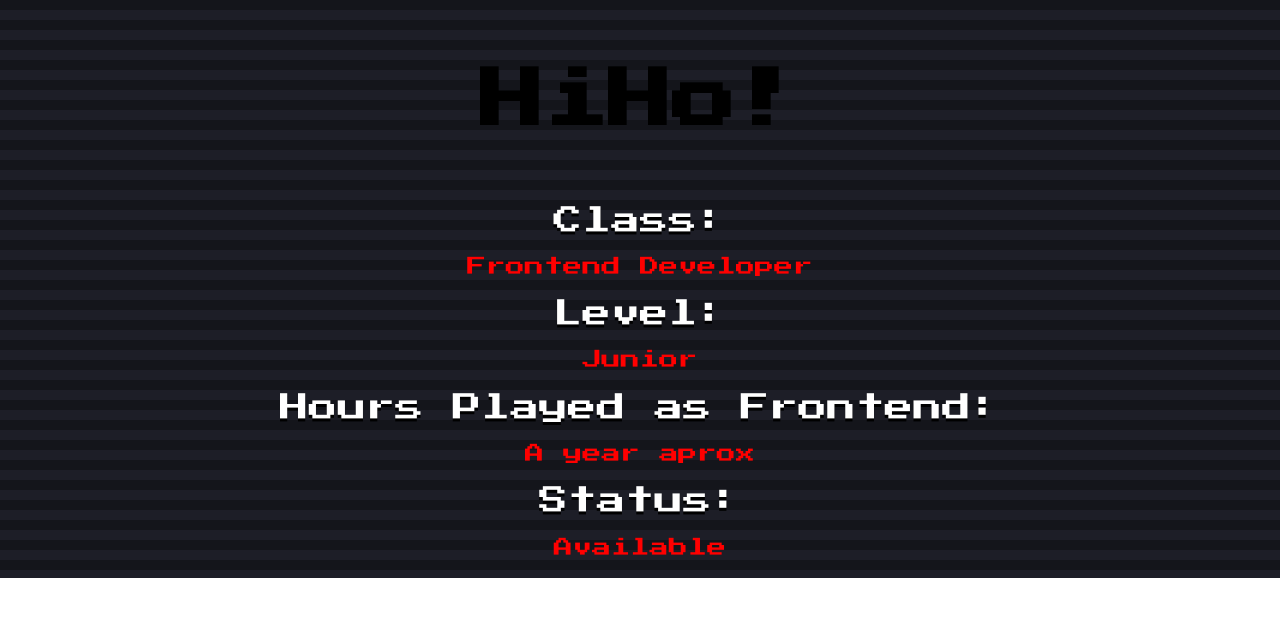
Repository: sernalab/soon
Page: index.html
An editor plug-in stored every save of this project. The page is shown before and after the next save, followed by the edit.
The browser window is 1280 px wide. The pictures show the whole page.
Some web fonts or font styles are not loaded; a fallback is used.

Above is the page before, as saved 2018-12-27 00:27:40.

### index.html
<!DOCTYPE html>
<html lang="en">

<head>
    <meta charset="UTF-8">
    <meta name="viewport" content="width=device-width, initial-scale=1.0">
    <meta http-equiv="X-UA-Compatible" content="ie=edge">
    <title>Lulz</title>
    <link rel="stylesheet" href="css/styles.css">
    <link href="https://fonts.googleapis.com/css?family=Aldrich" rel="stylesheet">
    <link href="https://fonts.googleapis.com/css?family=Press+Start+2P" rel="stylesheet">

</head>

<body>
    <main>
        <h1>HiHo!</h1>
        <span>Class:</span>
        <p> Frontend Developer</p>
        <span>Level:</span>
        <p>Junior</p>
        <span>Hours Played as Frontend:</span>
        <p>A year aprox</p>
        <span>Status:</span>
        <p>Available</p>
        <!-- 14151b 1d1e27-->
    </main>
</body>

<script>
    // google analitycs
</script>

</html>

### css/styles.css
/*! normalize.css v8.0.1 | MIT License | github.com/necolas/normalize.css */


/* Document
   ========================================================================== */


/**
 * 1. Correct the line height in all browsers.
 * 2. Prevent adjustments of font size after orientation changes in iOS.
 */

html {
    line-height: 1.15;
    /* 1 */
    -webkit-text-size-adjust: 100%;
    /* 2 */
}


/* Sections
   ========================================================================== */


/**
 * Remove the margin in all browsers.
 */

body {
    margin: 0;
}


/**
 * Render the `main` element consistently in IE.
 */

main {
    display: block;
}


/**
 * Correct the font size and margin on `h1` elements within `section` and
 * `article` contexts in Chrome, Firefox, and Safari.
 */

h1 {
    font-size: 2em;
    margin: 0.67em 0;
}


/* Grouping content
   ========================================================================== */


/**
 * 1. Add the correct box sizing in Firefox.
 * 2. Show the overflow in Edge and IE.
 */

hr {
    box-sizing: content-box;
    /* 1 */
    height: 0;
    /* 1 */
    overflow: visible;
    /* 2 */
}


/**
 * 1. Correct the inheritance and scaling of font size in all browsers.
 * 2. Correct the odd `em` font sizing in all browsers.
 */

pre {
    font-family: monospace, monospace;
    /* 1 */
    font-size: 1em;
    /* 2 */
}


/* Text-level semantics
   ========================================================================== */


/**
 * Remove the gray background on active links in IE 10.
 */

a {
    background-color: transparent;
}


/**
 * 1. Remove the bottom border in Chrome 57-
 * 2. Add the correct text decoration in Chrome, Edge, IE, Opera, and Safari.
 */

abbr[title] {
    border-bottom: none;
    /* 1 */
    text-decoration: underline;
    /* 2 */
    text-decoration: underline dotted;
    /* 2 */
}


/**
 * Add the correct font weight in Chrome, Edge, and Safari.
 */

b,
strong {
    font-weight: bolder;
}


/**
 * 1. Correct the inheritance and scaling of font size in all browsers.
 * 2. Correct the odd `em` font sizing in all browsers.
 */

code,
kbd,
samp {
    font-family: monospace, monospace;
    /* 1 */
    font-size: 1em;
    /* 2 */
}


/**
 * Add the correct font size in all browsers.
 */

small {
    font-size: 80%;
}


/**
 * Prevent `sub` and `sup` elements from affecting the line height in
 * all browsers.
 */

sub,
sup {
    font-size: 75%;
    line-height: 0;
    position: relative;
    vertical-align: baseline;
}

sub {
    bottom: -0.25em;
}

sup {
    top: -0.5em;
}


/* Embedded content
   ========================================================================== */


/**
 * Remove the border on images inside links in IE 10.
 */

img {
    border-style: none;
}


/* Forms
   ========================================================================== */


/**
 * 1. Change the font styles in all browsers.
 * 2. Remove the margin in Firefox and Safari.
 */

button,
input,
optgroup,
select,
textarea {
    font-family: inherit;
    /* 1 */
    font-size: 100%;
    /* 1 */
    line-height: 1.15;
    /* 1 */
    margin: 0;
    /* 2 */
}


/**
 * Show the overflow in IE.
 * 1. Show the overflow in Edge.
 */

button,
input {
    /* 1 */
    overflow: visible;
}


/**
 * Remove the inheritance of text transform in Edge, Firefox, and IE.
 * 1. Remove the inheritance of text transform in Firefox.
 */

button,
select {
    /* 1 */
    text-transform: none;
}


/**
 * Correct the inability to style clickable types in iOS and Safari.
 */

button,
[type="button"],
[type="reset"],
[type="submit"] {
    -webkit-appearance: button;
}


/**
 * Remove the inner border and padding in Firefox.
 */

button::-moz-focus-inner,
[type="button"]::-moz-focus-inner,
[type="reset"]::-moz-focus-inner,
[type="submit"]::-moz-focus-inner {
    border-style: none;
    padding: 0;
}


/**
 * Restore the focus styles unset by the previous rule.
 */

button:-moz-focusring,
[type="button"]:-moz-focusring,
[type="reset"]:-moz-focusring,
[type="submit"]:-moz-focusring {
    outline: 1px dotted ButtonText;
}


/**
 * Correct the padding in Firefox.
 */

fieldset {
    padding: 0.35em 0.75em 0.625em;
}


/**
 * 1. Correct the text wrapping in Edge and IE.
 * 2. Correct the color inheritance from `fieldset` elements in IE.
 * 3. Remove the padding so developers are not caught out when they zero out
 *    `fieldset` elements in all browsers.
 */

legend {
    box-sizing: border-box;
    /* 1 */
    color: inherit;
    /* 2 */
    display: table;
    /* 1 */
    max-width: 100%;
    /* 1 */
    padding: 0;
    /* 3 */
    white-space: normal;
    /* 1 */
}


/**
 * Add the correct vertical alignment in Chrome, Firefox, and Opera.
 */

progress {
    vertical-align: baseline;
}


/**
 * Remove the default vertical scrollbar in IE 10+.
 */

textarea {
    overflow: auto;
}


/**
 * 1. Add the correct box sizing in IE 10.
 * 2. Remove the padding in IE 10.
 */

[type="checkbox"],
[type="radio"] {
    box-sizing: border-box;
    /* 1 */
    padding: 0;
    /* 2 */
}


/**
 * Correct the cursor style of increment and decrement buttons in Chrome.
 */

[type="number"]::-webkit-inner-spin-button,
[type="number"]::-webkit-outer-spin-button {
    height: auto;
}


/**
 * 1. Correct the odd appearance in Chrome and Safari.
 * 2. Correct the outline style in Safari.
 */

[type="search"] {
    -webkit-appearance: textfield;
    /* 1 */
    outline-offset: -2px;
    /* 2 */
}


/**
 * Remove the inner padding in Chrome and Safari on macOS.
 */

[type="search"]::-webkit-search-decoration {
    -webkit-appearance: none;
}


/**
 * 1. Correct the inability to style clickable types in iOS and Safari.
 * 2. Change font properties to `inherit` in Safari.
 */

::-webkit-file-upload-button {
    -webkit-appearance: button;
    /* 1 */
    font: inherit;
    /* 2 */
}


/* Interactive
   ========================================================================== */


/*
 * Add the correct display in Edge, IE 10+, and Firefox.
 */

details {
    display: block;
}


/*
 * Add the correct display in all browsers.
 */

summary {
    display: list-item;
}


/* Misc
   ========================================================================== */


/**
 * Add the correct display in IE 10+.
 */

template {
    display: none;
}


/**
 * Add the correct display in IE 10.
 */

[hidden] {
    display: none;
}


/* custom css */

body {
    font-family: 'Press Start 2P';
    background: repeating-linear-gradient( #14151b, #14151b 10px, #1d1e27 10px, #1d1e27 20px);
    background-repeat: no-repeat;
    height: -webkit-fill-available;
}

main {
    display: flex;
    flex-direction: column;
    align-items: center;
}

h1 {
    font-size: 4em;
    margin: 65px 0;
}

span {
    color: white;
    font-size: 1.8em;
    text-shadow: 0 .1em 0 #000;
}

p {
    font-size: 1.2em;
    color: red;
}

After the next save:
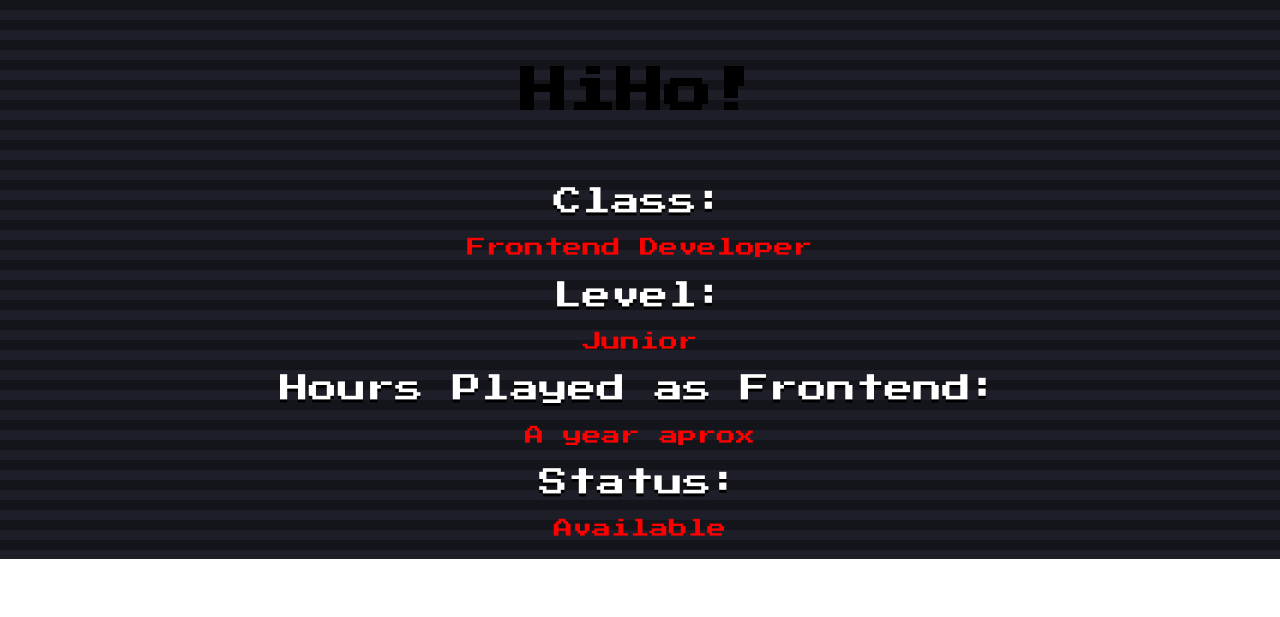
Saved 4 s later.
--- a/css/styles.css
+++ b/css/styles.css
@@ -435,7 +435,7 @@ main {
 }
 
 h1 {
-    font-size: 4em;
+    font-size: 3em;
     margin: 65px 0;
 }
 
